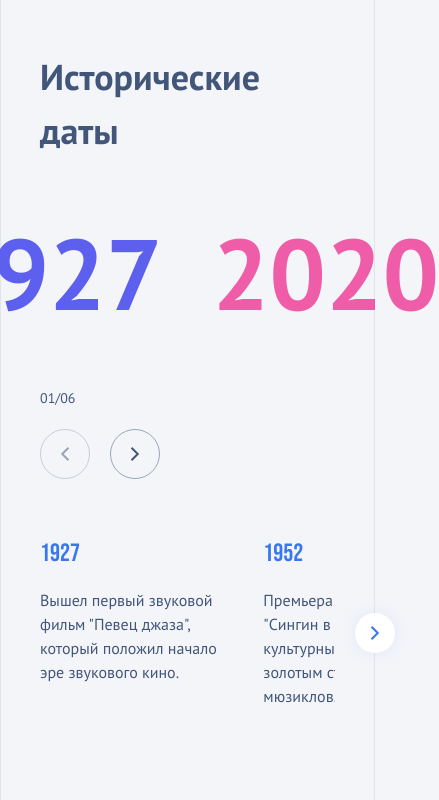
Repository: LenarTulupov/only
Page: /
The author's editor kept a copy of each file at every save. The page is drawn from the files as they stood at one save, then again after a run of saves.
The browser window is 375 px wide. The page is 439 px wide, then 395 px, so the pictures cover 439 px, including what lies to the right of the window. The pictures show the whole page.
The project was rebuilt for these pictures with package versions that can differ from the ones it lists, and the page was loaded fresh each time.

Above is the page before, as saved 2024-12-19 02:14:31.

### public/index.html
<!DOCTYPE html>
<html lang="en">
  <head>
    <meta charset="utf-8" />
    <link rel="icon" href="%PUBLIC_URL%/favicon.ico" />
    <meta name="viewport" content="width=device-width, initial-scale=1" />
    <meta name="theme-color" content="#000000" />
    <meta
      name="description"
      content="Web site created using create-react-app"
    />
    <link rel="apple-touch-icon" href="%PUBLIC_URL%/logo192.png" />
    <link rel="manifest" href="%PUBLIC_URL%/manifest.json" />
    <title>Only Test</title>
  </head>
  <body>
    <noscript>You need to enable JavaScript to run this app.</noscript>
    <div id="root"></div>
  </body>
</html>

### src/index.tsx
import React from 'react';
import ReactDOM from 'react-dom/client';
import Router from './router/router';
import './globals.scss'

const root = ReactDOM.createRoot(
  document.getElementById('root') as HTMLElement
);
root.render(
  <React.StrictMode>
    <Router />
  </React.StrictMode>
);

### src/router/router.tsx
import { BrowserRouter, Route, Routes } from "react-router-dom";
import HomePage from "../pages/home/page";
import PagesLayout from "../layouts/pages-layout";

export default function Router() {
  return (
    <BrowserRouter>
      <Routes>
        <Route element={<PagesLayout />}>
          <Route path="/" element={<HomePage />} />
        </Route>
      </Routes>
    </BrowserRouter>
  )
};

### src/globals.scss
@import url('https://fonts.googleapis.com/css2?family=Bebas+Neue&family=PT+Sans:wght@400;700&display=swap');

:root {
  --background-color: #F4F5F9;
  --main-color: #42567a;
  --main-color-rgba: rgba(66, 86, 122, 0.5);
  --accent-color: #5D5FEF;
  --light-accent-color: #3877EE;
  --accent-second: #EF5DA8;
  --font-main: "PT Sans", serif;
  --font-second: "Bebas Neue", serif;
  --line-height: 150%;
  --font-size-main: 56px;
  --font-size-small: 14px;
  --font-size-big: 200px;
}
body {
  margin: 0;
  padding: 0;
  background-color: var(--background-color);
  color: var(--black-color);
  font-family: var(--font-main);
  line-height: var(--line-height);
}
ul {
  padding: 0;
  margin: 0;
}

li {
  list-style-type: none;
}

a {
  color: var(--black-color);
  text-decoration: none;
}

h1 {
  margin: 0;
}

### src/pages/home/page.tsx
import Container from "../../components/ui/container/container";
import Divider from "../../components/ui/divider/divider";
import HistorySection from "./history/history";
import styles from './page.module.scss';

export default function HomePage() {
  return (
    <div className={styles['home-page']}>
      <Container>
        <div className={styles['home-page__wrapper']}>
          <Divider
            position="vertical"
            className={styles.divider_vertical}
          />
          <HistorySection />
        </div>
      </Container>
    </div>
  )
};

### src/layouts/pages-layout.tsx
import { Outlet } from 'react-router-dom';
import styles from './pages-layout.module.scss';

export default function PagesLayout() {
  return (
    <div className={styles['pages-layout']}>
      <Outlet />
    </div>
  )
};

### src/components/ui/container/container.tsx
import { ReactNode } from "react"
import styles from './container.module.scss';

interface IContainer {
  children: ReactNode;
}

export default function Container({ children }: IContainer) {
  return (
    <div className={styles.container}>
      {children}
    </div>
  )
};

### src/components/ui/divider/divider.tsx
import styles from './divider.module.scss';

interface IDivider {
  position?: 'horizontal' | 'vertical';
  className?: string;
}

export default function Divider({
  position = 'horizontal', className }: IDivider) {
  return <div className={`
    ${styles.divider}
    ${styles[`divider_${position}`]}
    ${className || ''}
  `}/>
};

### src/pages/home/history/history.tsx
import { useState } from "react";
import Title from "../../../components/ui/title/title";
import { circleItems } from "../../../constants/circle-items";
import Circle from "./circle/circle";
import styles from './history.module.scss';
import StepNavigation from "./step-navigation/step-navigation";
import ContentContainer from "../../../components/ui/content-container/content-container";
import Divider from "../../../components/ui/divider/divider";
import Dates from "./dates/dates";
import HistorySlider from "./history-slider/history-slider";

export default function HistorySection() {
  const [activeButton, setActiveButton] = useState<number>(1);
  const activeCategory = circleItems.find((item) => item.id === activeButton);
  const firstDate = activeCategory?.events[0]?.year;
  const lastDate = activeCategory?.events.at(-1)?.year;
  return (
    <section className={styles.history}>
      <Title className={styles.history__title} showBefore>
        Исторические даты
      </Title>
      <div className={styles['history__circle-wrapper']}>
        <Circle
          className={styles.history__circle}
          activeButton={activeButton}
          setActiveButton={setActiveButton}
        />
        <Divider
          position="horizontal"
          className={styles['history__line-center']}
        />
        <Dates
          className={styles.history__dates}
          firstDate={firstDate}
          lastDate={lastDate}
        />
      </div>
      <ContentContainer>
        <StepNavigation
          activeButton={activeButton}
          setActiveButton={setActiveButton}
        />
        <HistorySlider
          activeCategory={activeCategory}
        />
      </ContentContainer>
    </section>
  )
};

### src/pages/home/page.module.scss
.home-page {
  &__wrapper {
    position: relative;
    min-height: 100vh;
    .divider_vertical {
      position: absolute;
      top: 0;
      left: 50%;
      transform: translateX(-50%);
      z-index: -10;
    }
  }

  &__wrapper::before {
    content: "";
    position: absolute;
    top: 0;
    bottom: 0;
    left: 0;
    width: 1px;
    background-color: var(--main-color);
    opacity: 0.1;
  }

  &__wrapper::after {
    content: "";
    position: absolute;
    top: 0;
    bottom: 0;
    right: 0;
    width: 1px;
    background-color: var(--main-color);
    opacity: 0.1;
  }
}
@media(max-width: 768px) {
  .divider_vertical {
    display: none;
  }
}

### src/components/ui/container/container.module.scss
.container {
  max-width: 1440px;
  margin: 0 auto;
}

### src/components/ui/divider/divider.module.scss
.divider {
  background-color: var(--main-color);
  opacity: 0.1;
  &_horizontal {
    width: 100%;
    height: 1px;
  }
  &_vertical {
    width: 1px;
    height: 100%;
  }
}

### src/components/ui/title/title.tsx
import { ReactNode } from 'react';
import styles from './title.module.scss';

interface ITitle {
  children: ReactNode;
  className?: string;
  color?: 'main' | 'blue' | 'light-blue' | 'pink';
  size?: 'main' | 'small'| 'big';
  showBefore?: boolean;
}

export default function Title({
  children,
  className,
  color = 'main',
  size = 'main',
  showBefore = false }: ITitle) {
  return (
    <h1
      className={`
        ${styles.title}
        ${className || ''}
        ${styles[`title__color-${color}`]}
        ${styles[`title__size-${size}`]}
        ${showBefore ? styles['title_before'] : ''}
      `}>
      {children}
    </h1>
  )
};

### src/pages/home/history/circle/circle.tsx
import { useEffect, useRef, Dispatch, SetStateAction } from 'react';
import { gsap } from 'gsap';
import { circleItems } from '../../../../constants/circle-items';
import styles from './circle.module.scss';

interface ICircle {
  className?: string;
  activeButton: number;
  setActiveButton: Dispatch<SetStateAction<number>>;
}

export default function Circle({
  className,
  activeButton,
  setActiveButton }: ICircle) {
  const circleRef = useRef<HTMLDivElement>(null);
  const buttonsRef = useRef<HTMLDivElement[]>([]);

  const handleActiveButton = (btnId: number) => {
    setActiveButton(btnId);
  };

  useEffect(() => {
    const rotationAngle = (1 - activeButton) * 60;
    gsap.to(circleRef.current, {
      rotate: rotationAngle,
      duration: 0.5,
      ease: 'power2.out',
    });

    buttonsRef.current.forEach((btn) => {
      let buttonRotation = 0;

      switch (activeButton) {
        case 2:
          buttonRotation = 60;
          break;
        case 3:
          buttonRotation = 120;
          break;
        case 4:
          buttonRotation = 180;
          break;
        case 5:
          buttonRotation = 240;
          break;
        case 6:
          buttonRotation = 300;
          break;
        default:
          buttonRotation = 0;
          break;
      }

      gsap.to(btn, {
        rotate: buttonRotation,
        duration: 0.5,
        ease: 'power2.out',
      });
    });
  }, [activeButton]);

  return (
    <div ref={circleRef} className={`${styles.circle} ${className || ''}`}>
      {circleItems.map((item, index) => {
        const btnId = index + 1;
        return (
          <div
            key={btnId}
            ref={(el) => (buttonsRef.current[index] = el!)}
            className={`
                ${styles[`circle__btn-${btnId}`]}
                ${styles.circle__btn}
                ${activeButton === btnId ? styles.active : ''}
              `}
            onClick={() => handleActiveButton(btnId)}
          >
            {btnId}
            <span
              className={`
                  ${styles['sub-title']}
                  ${activeButton === btnId ? styles.active : ''}
                `}
            >
              {item.category}
            </span>
          </div>
        );
      })}
    </div>
  );
}

### src/pages/home/history/history.module.scss
.history {
  padding: 50px 0;
  &__title {
    padding-left: 78px;
    width: 353px;
  }
  &__circle-wrapper {
    position: relative;
  }
  &__circle {
    margin: 0 auto;
  }
  &__line-center {
    position: absolute;
    top: 50%;
    left: 0;
    transform: translateY(-50%);
    z-index: -10;
  }
}
@media (max-width: 1100px) {
  .history__dates {
    font-size: 150px;
    gap: 190px !important;
  }
}
@media (max-width: 992px) {
  .history {
    &__title {
      font-size: 46px;
      padding-left: 40px;
    }
  }
}
@media (max-width: 900px) {
  .history__dates {
    font-size: 120px;
  }
}
@media (max-width: 768px) {
  .history {
    &__title {
      font-size: 36px;
      width: 230px;
    }
    &__circle {
      display: none;
    }
    &__circle-wrapper {
      margin: 40px 0;
    }
    &__dates {
      justify-content: center;
      font-size: 100px;
      position: static !important;
      gap: 50px !important;
      transform: translate(0) !important;
      text-align: center;
    }
    &__line-center {
      display: none;
    }
  }
}
@media(max-width: 568px) {

}

### src/pages/home/history/step-navigation/step-navigation.tsx
import { Dispatch, SetStateAction } from "react";
import NavigationButtons from "./navigation-buttons/navigation-buttons";
import SliderStep from "./slider-step/slider-step";
import styles from './step-navigation.module.scss';

interface IStepNavigation {
  className?: string;
  activeButton: number;
  setActiveButton: Dispatch<SetStateAction<number>>;
}

export default function StepNavigation({
  className,
  activeButton,
  setActiveButton }: IStepNavigation) {

    const handleNext = () => {
      setActiveButton((p) => (p < 6 ? p + 1 : 1));
    };

    const handlePrev = () => {
      setActiveButton((p) => (p > 1 ? p - 1 : 6));
    };

    return (
      <div className={`${styles['step-navigation']} ${className || ''}`}>
        <SliderStep activeButton={activeButton} />
        <NavigationButtons
          handleNext={handleNext}
          handlePrev={handlePrev}
          isBeginning={activeButton === 1}
          isEnd={activeButton === 6}
        />
      </div>
    );
};

### src/components/ui/content-container/content-container.tsx
import { ReactNode } from 'react';
import styles from './content-container.module.scss';

interface IContentContainer {
  children: ReactNode;
  className?: string;
}

export default function ContentContainer({
  children, className }: IContentContainer) {
  return (
    <div className={`${styles['content-container']} ${className || ''}`}>
      {children}
    </div>
  )
};

### src/pages/home/history/dates/dates.tsx
import { useEffect, useState } from 'react';
import Title from '../../../../components/ui/title/title';
import styles from './dates.module.scss';

interface IDates {
  className?: string;
  firstDate: string;
  lastDate: string;
}

export default function Dates({ className, firstDate, lastDate }: IDates) {
  const [currentFirstDate, setCurrentFirstDate] = useState(Number(firstDate));
  const [currentLastDate, setCurrentLastDate] = useState(Number(lastDate));

  useEffect(() => {
    const animateNumber = (
      from: number,
      to: number,
      setNumber: React.Dispatch<React.SetStateAction<number>>
    ) => {
      const stepTime = 20;
      const steps = 50;
      const delta = (to - from) / steps;

      let currentStep = 0;
      const interval = setInterval(() => {
        currentStep += 1;
        const nextValue = from + delta * currentStep;
        setNumber(Math.round(nextValue));

        if (currentStep >= steps) {
          clearInterval(interval);
          setNumber(to);
        }
      }, stepTime);
    };

    animateNumber(Number(currentFirstDate), Number(firstDate), setCurrentFirstDate);
    animateNumber(Number(currentLastDate), Number(lastDate), setCurrentLastDate);
  }, [firstDate, lastDate]);
  return (
    <div className={`${styles.dates} ${className || ''}`}>
      <Title className={className} color='blue' size='big'>{currentFirstDate}</Title>
      <Title className={className} color='pink' size='big'>{currentLastDate}</Title>
    </div>
  )
};

### src/pages/home/history/history-slider/history-slider.tsx
import { useEffect, useRef, useState } from "react";
import { Swiper, SwiperClass, SwiperSlide } from "swiper/react";
import { Navigation } from "swiper/modules";
import { IHistorySlider } from "../../../../types/history-slider.interface";
import SliderContent from "./slider-content/slider-content";
import ArrowButton from "../../../../components/ui/arrow-button/arrow-button";
import "swiper/css";
import "swiper/css/navigation";
import styles from "./history-slider.module.scss";

export default function HistorySlider({ className, activeCategory }: IHistorySlider) {
  const [prevCategory, setPrevCategory] = useState(activeCategory);
  const [isBeginning, setIsBeginning] = useState(true);
  const [isEnd, setIsEnd] = useState(false);
  const containerRef = useRef<HTMLDivElement | null>(null);
  const prevRef = useRef<HTMLDivElement | null>(null);
  const nextRef = useRef<HTMLDivElement | null>(null);
  const swiperRef = useRef<SwiperClass | null>(null);

  useEffect(() => {
    if (prevCategory?.id !== activeCategory?.id) {
      if (containerRef.current) {
        containerRef.current.classList.add(styles["fade-out"]);

        setTimeout(() => {
          if (containerRef.current) {
            containerRef.current.classList.remove(styles["fade-out"]);
            setPrevCategory(activeCategory);
            containerRef.current.classList.add(styles["fade-in"]);

            setTimeout(() => {
              if (containerRef.current) {
                containerRef.current.classList.remove(styles["fade-in"]);
              }
            }, 500);
          }
        }, 500);
      }
    }
  }, [activeCategory, prevCategory]);

  useEffect(() => {
    if (swiperRef.current) {
      const { navigation } = swiperRef.current.params;

      if (navigation && typeof navigation !== 'boolean') {
        navigation.prevEl = prevRef.current;
        navigation.nextEl = nextRef.current;

        swiperRef.current.navigation.destroy();
        swiperRef.current.navigation.init();
        swiperRef.current.navigation.update();
      }

      setIsBeginning(swiperRef.current.isBeginning);
      setIsEnd(swiperRef.current.isEnd);

      swiperRef.current.on("slideChange", () => {
        setIsBeginning(swiperRef.current.isBeginning);
        setIsEnd(swiperRef.current.isEnd);
      });

      return () => {
        swiperRef.current?.off("slideChange");
      };
    }
  }, [activeCategory]);

  useEffect(() => {
    if (swiperRef.current) {
      swiperRef.current.slideTo(0, 0);
    }
  }, [activeCategory]);

  return (
    <div
      ref={containerRef}
      className={`${className || ""} ${styles["history-slider"]}`}
    >
      <Swiper
        spaceBetween={40}
        slidesPerView={1.5}
        modules={[Navigation]}
        onSwiper={(swiper) => {
          swiperRef.current = swiper;
        }}
        breakpoints={{
          1200: {
            spaceBetween: 80,
            slidesPerView: 3.5
          },
          768: {
            slidesPerView: 2.5,
            spaceBetween: 25
          },
        }}
      >
        {activeCategory?.events.map((event) => (
          <SwiperSlide key={event.id}>
            <SliderContent year={event.year} text={event.title} />
          </SwiperSlide>
        ))}
      </Swiper>

      {!isBeginning && (
        <div ref={prevRef} className={styles.prev}>
          <ArrowButton
            onClick={() => swiperRef.current?.slidePrev()}
            slider
            disabled={isBeginning}
          />
        </div>
      )}
      {!isEnd && (
        <div ref={nextRef} className={styles.next}>
          <ArrowButton
            rotation="right"
            onClick={() => swiperRef.current?.slideNext()}
            slider
            disabled={isEnd}
          />
        </div>
      )}
    </div>
  );
}

### src/components/ui/title/title.module.scss
.title {
  line-height: 150%;
  position: relative;
  &::before {
    content: "";
    position: absolute;
    top: 50%;
    transform: translateY(-50%);
    left: 0;
    height: 120px;
    width: 6px;
    background: linear-gradient(to bottom, var(--accent-color) 0%, var(--accent-second) 100%);
    visibility: hidden;
  }
  &.title_before::before {
    visibility: visible;
    @media(max-width: 768px) {
      visibility: hidden;
    }
  }
  &__color-main {
    color: var(--main-color);
  }

  &__color-blue {
    color: var(--accent-color);
  }
  &__color-light-blue {
    color: var(--light-accent-color);
  }

  &__color-pink {
    color: var(--accent-second);
  }

  &__size-main {
    font-size: var(--font-size-main);
  }
  &__size-small {
    font-size: var(--font-size-small);
  }

  &__size-big {
    font-size: var(--font-size-big);
  }
}

### src/pages/home/history/circle/circle.module.scss
.circle {
  position: relative;
  width: 530px;
  height: 530px;
  border: 1px solid rgba(66, 86, 122, 0.1);
  border-radius: 100%;
  display: flex;
  justify-content: center;
  align-items: center;
  transform-origin: center;
}

.circle__btn {
  position: absolute;
  display: flex;
  align-items: center;
  justify-content: center;
  width: 6px;
  height: 6px;
  border: none;
  background-color: var(--main-color);
  border-radius: 100%;
  color: var(--main-color);
  line-height: 30px;
  font-size: 0;
  cursor: pointer;
  transition: width 0.3s ease-in-out, height 0.3s ease-in-out, font-size 0.3s ease-in-out;
}

.circle__btn::before {
  content: "";
  position: absolute;
  top: 50%;
  left: 50%;
  transform: translate(-50%, -50%);
  width: 25px;
  height: 25px;
  border-radius: 100%;
  background: transparent;
}

.sub-title {
  position: absolute;
  top: 50%;
  left: 0;
  transform: translateY(-50%);
  margin-left: 76px;
  font-weight: bold;
  opacity: 0;
  transition: opacity 0.3s ease-in-out;
}

.sub-title.active {
  opacity: 1;
}

.circle__btn:hover,
.circle__btn.active {
  width: 56px;
  height: 56px;
  font-size: 16px;
  background-color: #f4f5f9;
  outline: 1px solid rgba(48, 62, 88, 0.5);
}

.circle__btn-1 {
  transform: rotate(300deg) translateX(265px) rotate(-300deg);
}
.circle__btn-2 {
  transform: rotate(0deg) translateX(265px) rotate(0deg);
}
.circle__btn-3 {
  transform: rotate(60deg) translateX(265px) rotate(-60deg);
}
.circle__btn-4 {
  transform: rotate(120deg) translateX(265px) rotate(-120deg);
}
.circle__btn-5 {
  transform: rotate(180deg) translateX(265px) rotate(-180deg);
}
.circle__btn-6 {
  transform: rotate(240deg) translateX(265px) rotate(-240deg);
}

### src/pages/home/history/step-navigation/navigation-buttons/navigation-buttons.tsx
import ArrowButton from '../../../../../components/ui/arrow-button/arrow-button';
import styles from './navigation-buttons.module.scss';

interface INavigationButtons {
  handleNext: () => void;
  handlePrev: () => void;
  isBeginning: boolean;
  isEnd: boolean;
}

export default function NavigationButtons({
  handleNext,
  handlePrev,
  isBeginning,
  isEnd }: INavigationButtons) {
  return (
    <div className={styles['navigation-buttons']}>
      <ArrowButton
        onClick={handlePrev}
        disabled={isBeginning}
      />
      <ArrowButton
        rotation='right'
        onClick={handleNext}
        disabled={isEnd}
      />
    </div>
  );
};

### src/pages/home/history/step-navigation/slider-step/slider-step.tsx
import Title from "../../../../../components/ui/title/title";
import styles from './slider-step.module.scss';

interface ISliderStep {
  activeButton: number;
}

export default function SliderStep({ activeButton }: ISliderStep) {
  return <Title size="small" className={styles.font}>0{activeButton}/06</Title>
};

### src/pages/home/history/step-navigation/step-navigation.module.scss
.step-navigation {
  display: flex;
  flex-direction: column;
  row-gap: 20px;
}

### src/components/ui/content-container/content-container.module.scss
.content-container {
  max-width: 1440px;
  margin: 0 auto;
  padding: 0 80px;
  @media(max-width: 768px) {
    padding: 0 40px;
  }
}

### src/pages/home/history/dates/dates.module.scss
.dates {
  position: absolute;
  top: 50%;
  left: 50%;
  transform: translate(-50%, -50%);
  display: flex;
  gap: 80px;
  z-index: -1;
}

### src/pages/home/history/history-slider/slider-content/slider-content.tsx
import Text from "../../../../../components/ui/text/text";
import Title from "../../../../../components/ui/title/title";
import styles from './slider-content.module.scss';

interface ISliderContent {
  year: string;
  text: string;
}

export default function SliderContent({ year, text }: ISliderContent) {
  return (
    <div className={styles['slider-content']}>
      <Title
        size="small"
        color="light-blue"
        className={styles['slider-content__title']}
      >
        {year}
      </Title>
      <Text text={text} />
    </div>
  )
};

### src/components/ui/arrow-button/arrow-button.tsx
import styles from './arrow-button.module.scss';

interface IArrowButton {
  rotation?: 'left' | 'right'
  onClick?: () => void;
  slider?: boolean;
  disabled?: boolean;
  className?: string;
}

export default function ArrowButton({
  rotation,
  onClick,
  slider = false,
  disabled = false,
  className}: IArrowButton) {
  return (
    <button
      className={`
        ${styles['arrow-button']}
        ${styles[rotation]}
        ${slider ? styles['arrow-button_slider'] : ''}
        ${className || ''}
        ${disabled ? styles.disabled : ''}
      `}
      onClick={onClick}
      disabled={disabled}
    >
      <svg width="10" height="14" viewBox="0 0 10 14" fill="none" xmlns="http://www.w3.org/2000/svg">
        <path d="M8.49988 0.750001L2.24988 7L8.49988 13.25" stroke="#42567A" stroke-width="2" />
      </svg>
    </button>
  )
};

### src/pages/home/history/history-slider/history-slider.module.scss
.history-slider {
  position: relative;
  margin-top: 56px;
}
.next {
  position: absolute;
  top: 50%;
  transform: translateY(-50%);
  right: -60px;
  z-index: 10;
}
.prev {
  position: absolute;
  top: 50%;
  transform: translateY(-50%);
  left: -60px;
  z-index: 10;
}

.fade-out {
  opacity: 0;
  transition: opacity 0.5s ease;
}
.fade-in {
  opacity: 1;
  transition: opacity 0.5s ease;
}

### src/pages/home/history/step-navigation/navigation-buttons/navigation-buttons.module.scss
.navigation-buttons {
  display: flex;
  column-gap: 20px;
}
.disabled {
  opacity: .5;
  cursor: auto;
}

### src/pages/home/history/step-navigation/slider-step/slider-step.module.scss
.font {
  font-weight: 400;
}

### src/components/ui/text/text.tsx
import styles from './text.module.scss';

interface IText {
  text: string;
}

export default function Text({ text }: IText) {
  return (
    <div className={styles.text}>
        { text }
    </div>
  )
};

### src/pages/home/history/history-slider/slider-content/slider-content.module.scss
.slider-content {
  display: flex;
  flex-direction: column;
  row-gap: 15px;
  cursor: grabbing;
  &__title {
    font-family: var(--font-second);
    font-weight: 400;
    font-size: 25px;
  }
}

### src/components/ui/arrow-button/arrow-button.module.scss
.arrow-button {
  width: 50px;
  height: 50px;
  display: flex;
  align-items: center;
  justify-content: center;
  border: 1px solid var(--main-color-rgba);
  background-color: transparent;
  border-radius: 100%;
  cursor: pointer;
}
.arrow-button_slider {
  width: 40px;
  height: 40px;
  background-color: #fff;
  border: none;
  box-shadow: 0 0 15px 0 rgba(56, 119, 238, 0.1);
  svg path {
    stroke: var(--light-accent-color);
  }
}
.left {
  transform: rotate(0deg);
}
.right {
  transform: rotate(180deg);
}
.disabled {
  opacity: .5;
  cursor: auto;
}

### src/components/ui/text/text.module.scss
.text {
  color: var(--main-color);
}

Loaded but not shown: src/constants/circle-items.ts (122 lines, source omitted); src/layouts/pages-layout.module.scss (no stored copy; drawn as an empty file)

After the next 4 saves:
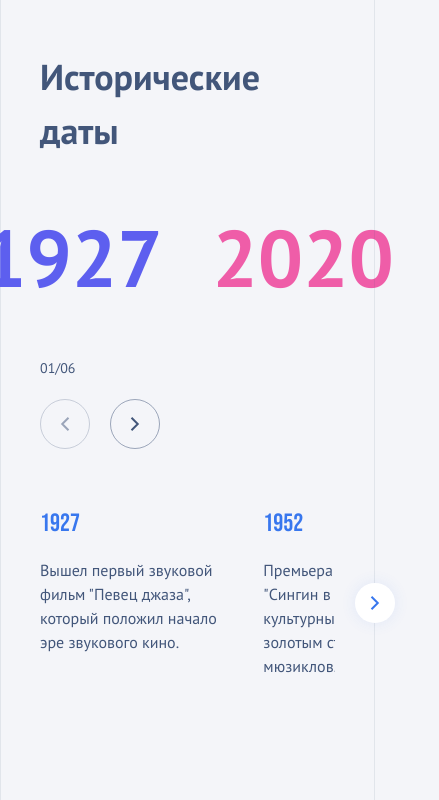
The 4 saves are shown as one change because they came seconds apart.
The last was saved 12 s later.
--- a/src/pages/home/history/history.module.scss
+++ b/src/pages/home/history/history.module.scss
@@ -63,5 +63,7 @@
   }
 }
 @media(max-width: 568px) {
-
+  .history__dates {
+    font-size: 80px;
+  }
 }
